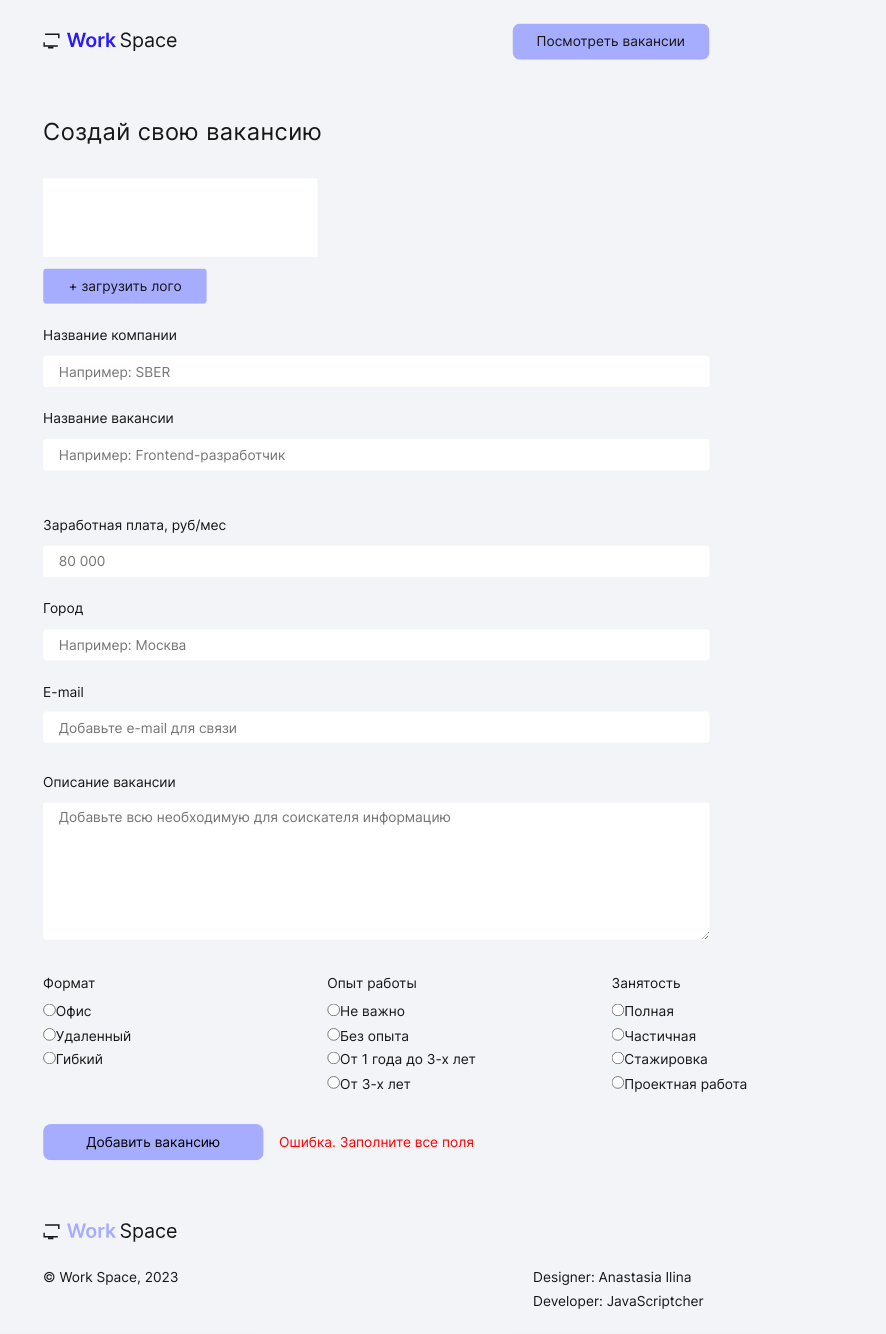
Repository: alexboagreek/workspace_js
Page: employer.html
These files come from the project's save history. The page is drawn as it stood at one moment and after the next save; the edit follows.
The browser window is 768 px wide. The page is 904 px wide, then 768 px, so the pictures cover 904 px, including what lies to the right of the window. The pictures show the whole page, at 98% of full size.

Above is the page before, as saved 2023-09-13 16:20:26.
Console error: TypeError: Cannot read properties of null (reading 'addEventListener')

After the next save:
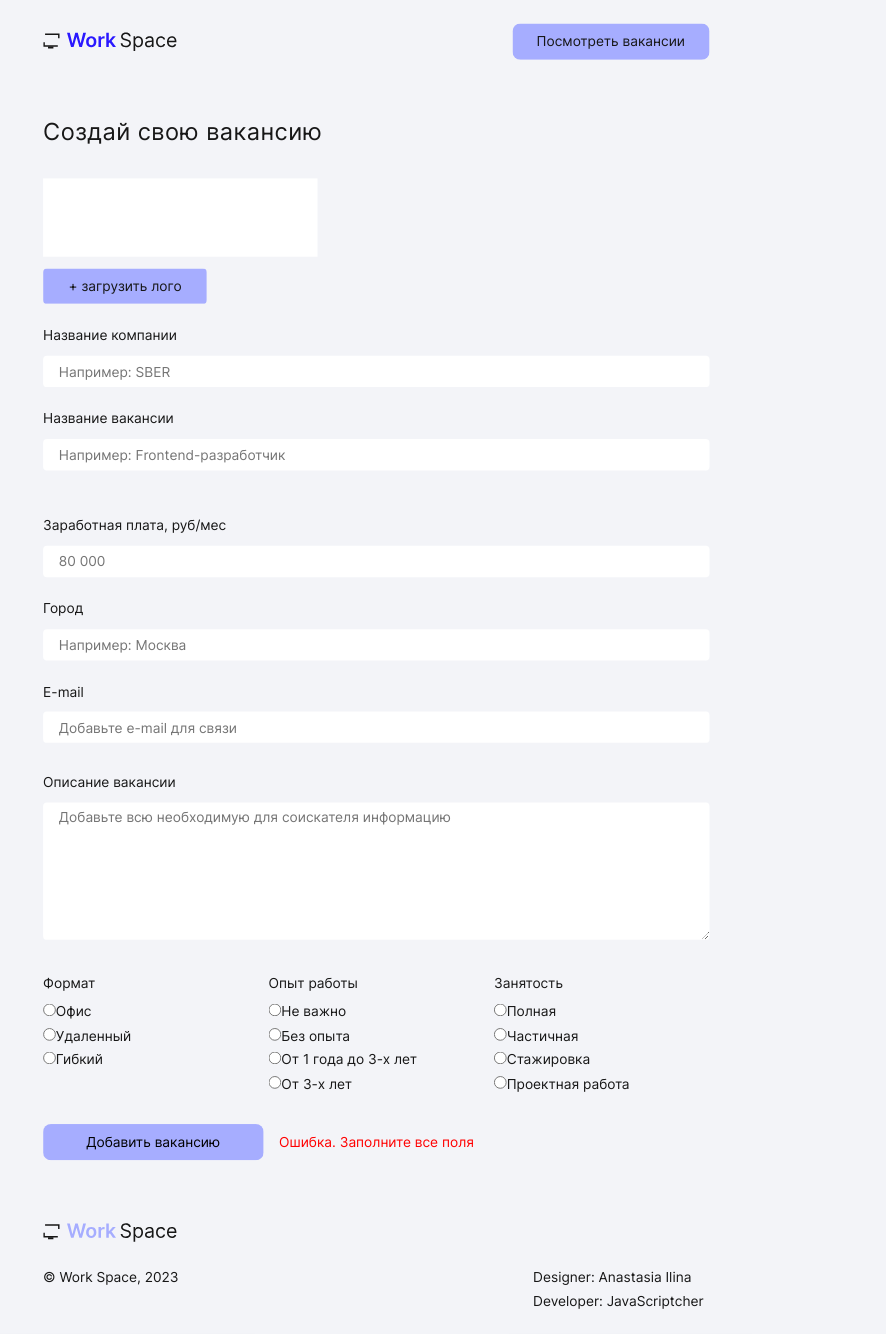
Saved 23 s later.
--- a/style/employer.css
+++ b/style/employer.css
@@ -155,7 +155,7 @@
   }
 
   .employer__radio-buttons {
-    grid-template-columns: repeat(auto-fit, min-max(220px, 1fr));
+    grid-template-columns: repeat(auto-fit, minmax(220px, 1fr));
     gap: 10px;
   }
 
